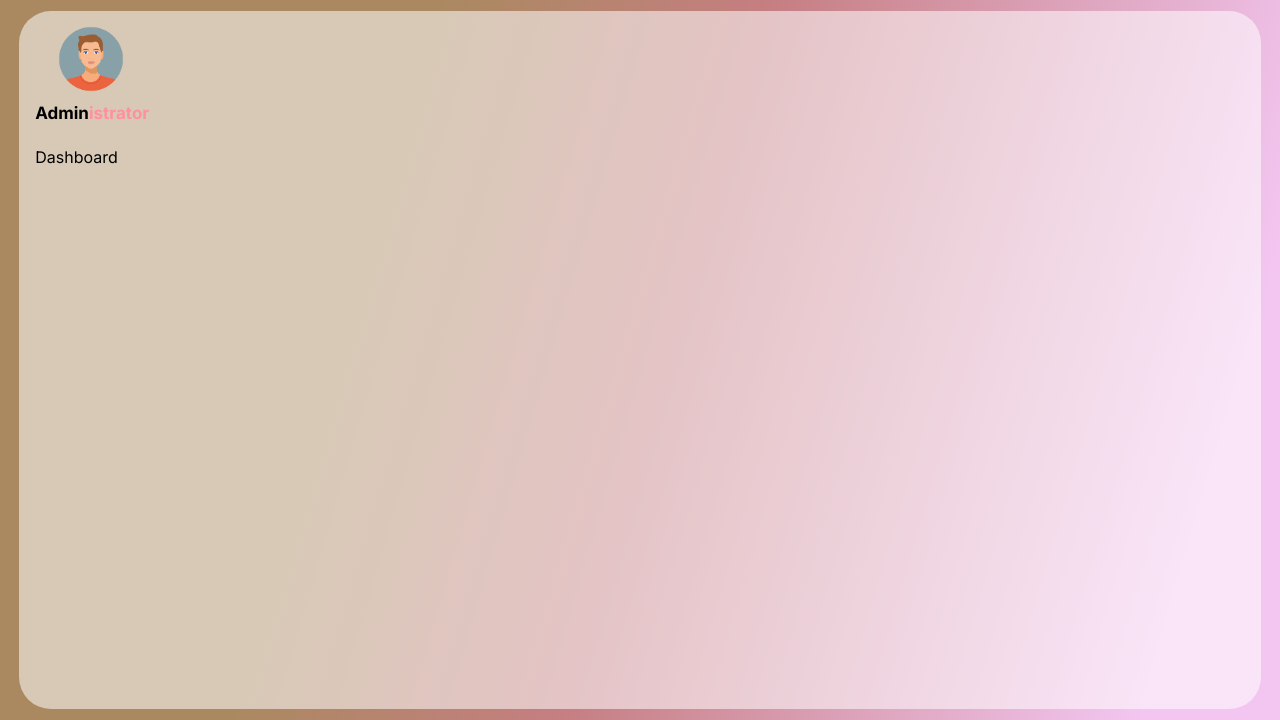
Repository: Zeeohn/react-admin-dash1
Page: /
The author's editor kept a copy of each file at every save. The page is drawn from the files as they stood at one save, then again after the next save.
The browser window is 1280 px wide. The pictures show the whole page.
The project was rebuilt for these pictures with package versions that can differ from the ones it lists, and the page was loaded fresh each time.

Above is the page before, as saved 2022-05-20 12:17:37.

### public/index.html
<!DOCTYPE html>
<html lang="en">
  <head>
    <meta charset="utf-8" />
    <meta name="viewport" content="width=device-width, initial-scale=1" />
    <meta name="theme-color" content="#000000" />
    <meta
      name="description"
      content="Web site created using create-react-app"
    />
    <link rel="preconnect" href="https://fonts.googleapis.com" />
    <link rel="preconnect" href="https://fonts.gstatic.com" crossorigin />
    <link
      href="https://fonts.googleapis.com/css2?family=Inter:wght@400;500;700&family=Poppins:ital,wght@0,100;0,200;0,300;0,400;0,500;0,600;0,700;0,800;0,900;1,100;1,200;1,300;1,400;1,500;1,600;1,700;1,800;1,900&display=swap"
      rel="stylesheet"
    />

    <style>
      body {
        margin: 0;
      }
    </style>
    <!--
      manifest.json provides metadata used when your web app is installed on a
      user's mobile device or desktop. See https://developers.google.com/web/fundamentals/web-app-manifest/
    -->
    <!--
      Notice the use of %PUBLIC_URL% in the tags above.
      It will be replaced with the URL of the `public` folder during the build.
      Only files inside the `public` folder can be referenced from the HTML.

      Unlike "/favicon.ico" or "favicon.ico", "%PUBLIC_URL%/favicon.ico" will
      work correctly both with client-side routing and a non-root public URL.
      Learn how to configure a non-root public URL by running `npm run build`.
    -->
    <title>React App</title>
  </head>
  <body>
    <noscript>You need to enable JavaScript to run this app.</noscript>
    <div id="root"></div>
    <!--
      This HTML file is a template.
      If you open it directly in the browser, you will see an empty page.

      You can add webfonts, meta tags, or analytics to this file.
      The build step will place the bundled scripts into the <body> tag.

      To begin the development, run `npm start` or `yarn start`.
      To create a production bundle, use `npm run build` or `yarn build`.
    -->
  </body>
</html>

### src/index.js
import React from 'react';
import ReactDOM from 'react-dom/client';
import App from './App';

const root = ReactDOM.createRoot(document.getElementById('root'));
root.render(
  <App />
)

// If you want to start measuring performance in your app, pass a function
// to log results (for example: reportWebVitals(console.log))
// or send to an analytics endpoint. Learn more: https://bit.ly/CRA-vitals

### src/App.js
import "./App.css";
import Sidebar from "./components/sidebar/Sidebar.jsx";

function App() {
  return (
    <div className="App">
      <div className="AppGlass">
        <Sidebar />
        <div></div>
        <div></div>
      </div>
    </div>
  );
}

export default App;

### src/App.css
:root {
  --yellow: linear-gradient(180deg, #f8d49a -146.42%, #fad79d -46.42%);
  --orange: #fca61f;
  --black: #242d49;
  --gray: #788097;
  --purple: linear-gradient(180deg, #bb67ff 0%, #c484f3 100%);
  --pink: #ff919d;
  --glass: rgba(255, 255, 255, 0.54);
  --boxShadow: 0px 19px 60px rgb(0 0 0 / 8%);
  --smboxShadow: -79px 51px 60px rgba(0, 0, 0, 0.08);
  --activeItem: #f799a354;
}

.App {
  background: linear-gradient(
    106.37deg,
    #aa8960 29.63%,
    #c57e81 51.55%,
    #f3c6f1 90.85%
  );
  height: 100vh;
  display: flex;
  justify-content: center;
  align-items: center;
  font-family: "Inter", sans-serif;
}

.AppGlass {
  display: grid;
  height: 97%;
  width: 97%;
  border-radius: 2rem;
  background-color: var(--glass);
  overflow: hidden;
  grid-template-columns: 11rem auto 23rem;
}

### src/components/sidebar/Sidebar.jsx
import React from "react";
import "./Sidebar.css";
import Placeholder from "../../imgs/placeholder.png";

import { UilEstate } from "@iconscout/react-unicons";

const Sidebar = () => {
  return (
    <div className="Sidebar">
      {/*logo*/}
      <div className="logo">
        <img src={Placeholder} alt="Admin placeholder" />
        <span>
          Admin<span>istrator</span>
        </span>
      </div>
      <div className="menu">
        <div className="menuItem">
          <div>{UilEstate}</div>
          <span>Dashboard</span>
        </div>
      </div>
    </div>
  );
};

export default Sidebar;

### src/components/sidebar/Sidebar.css
.Sidebar {
  display: flex;
  flex-direction: column;
  position: relative;
  padding-top: 0.5rem;
  transition: all 300ms ease;
}

.logo {
  display: block;
  height: 4rem;
  font-weight: bold;
  font-size: 17px;
  gap: 0.1rem;
  padding-left: 1rem;
  align-items: center;
  justify-content: center;
}

.logo > img {
  width: 5rem;
  height: 5rem;
  padding-left: 1rem;
}

.logo > span > span {
  color: var(--pink);
}

/* Menu */

.menu {
  margin-top: 4rem;
  display: flex;
  flex-direction: column;
  gap: 2rem;
}

.menuItem {
  display: flex;
  align-items: center;
  gap: 1rem;
}

After the next save:
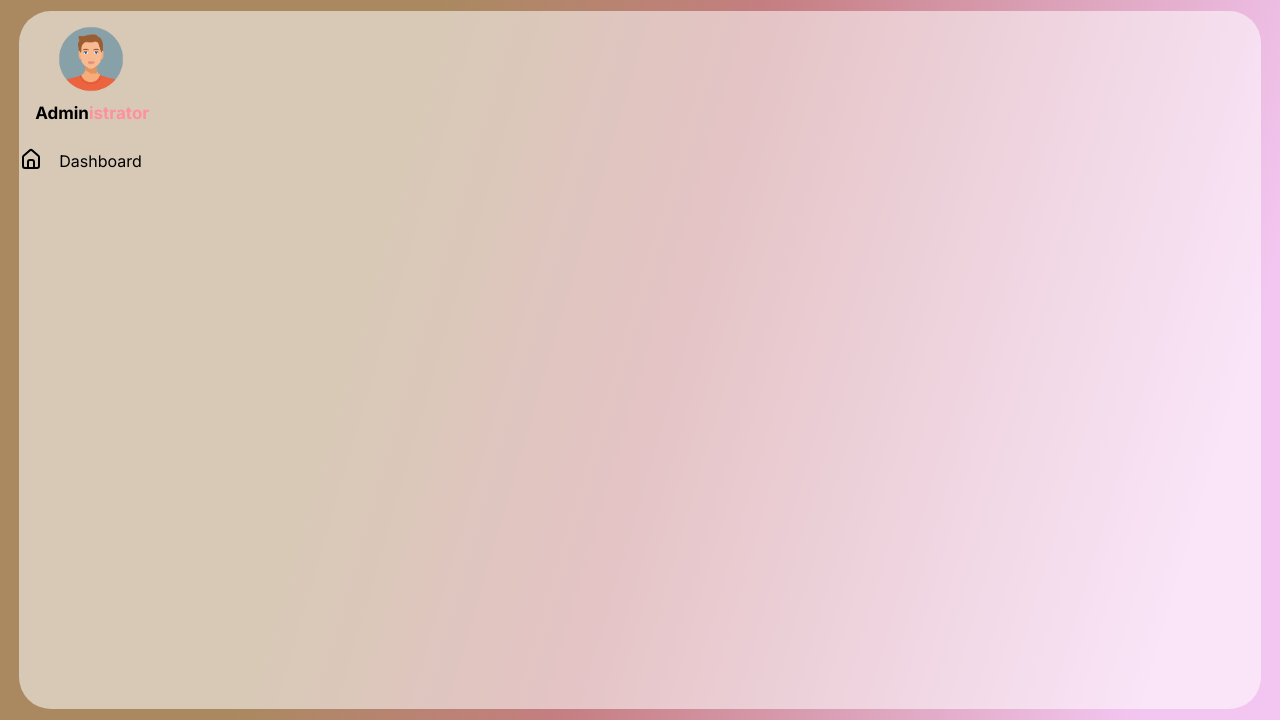
Saved 74 s later.
--- a/src/components/sidebar/Sidebar.jsx
+++ b/src/components/sidebar/Sidebar.jsx
@@ -16,7 +16,9 @@ const Sidebar = () => {
       </div>
       <div className="menu">
         <div className="menuItem">
-          <div>{UilEstate}</div>
+          <div>
+            <UilEstate />
+          </div>
           <span>Dashboard</span>
         </div>
       </div>
